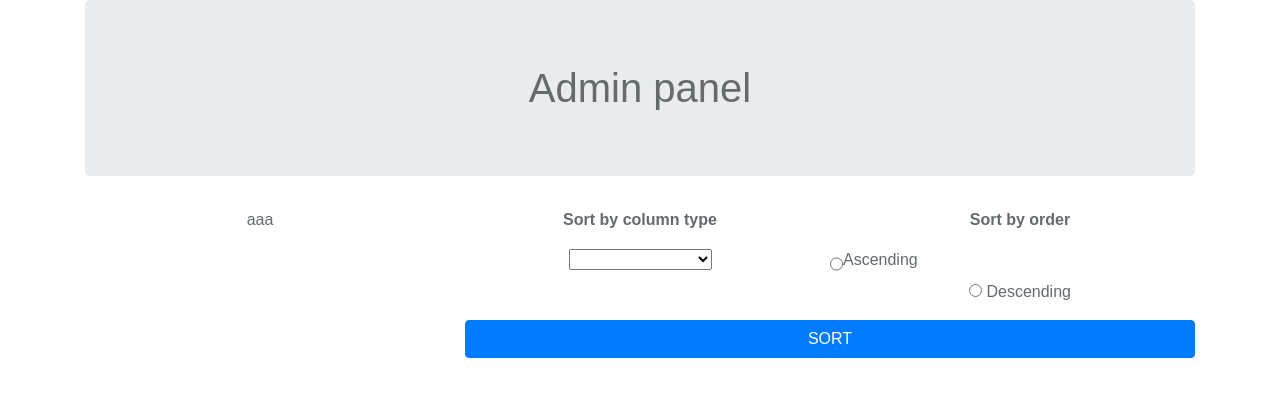
Repository: WOLVGVNG/gameclan
Page: resources/views/admin_panel.blade.php
An editor plug-in stored every save of this project. The page is shown before and after the next save, followed by the edit.
The browser window is 1280 px wide. The pictures show the whole page.
The page is served by the project's Laravel application, run on PHP 8.4 with Laravel 8. Other server files are loaded and not shown. The template is opened directly, without the code that normally fills it, so the values that code supplies are empty.

Above is the page before, as saved 2019-03-19 23:00:06.

### routes/web.php
<?php

/*
|--------------------------------------------------------------------------
| Web Routes
|--------------------------------------------------------------------------
|
| Here is where you can register web routes for your application. These
| routes are loaded by the RouteServiceProvider within a group which
| contains the "web" middleware group. Now create something great!
|
*/

Route::get('/', 'AdminPanelController@index');

### resources/views/admin_panel.blade.php
@extends('layout.app')
@section('content')
<div class='container text-center'>
    <h1 class='jumbotron'>Admin panel</h1>
    <form action='/' method='GET'>
        <div class='row'>
            <div class='col-md-4'>
                <p>aaa</p>
            </div>
            <div class='col-md-8'>
                <div class='row'>
                    <div class='col'>
                        <p class='font-weight-bold'>Sort by column type</p>
                        <select name='sort_type' value='{{ session('sort_type') }}'>
                            <option>{{ session('sort_type') }}</option>
                            <option>id</option>
                            <option>user_name</option>
                            <option>email</option>
                            <option>active</option>
                            <option>banned</option>
                            <option>notifiable_email</option>
                            <option>email_verified_at</option>
                            <option>points</option>
                            <option>steam_id</option>
                            <option>facebook_id</option>
                            <option>google_id</option>
                            <option>geo</option>
                            <option>lang</option>
                            <option>ref</option>
                            <option>ref_status</option>
                            <option>ref_code</option>
                            <option>deleted_at</option>
                            <option>created_at</option>
                            <option>updated_at</option>
                        </select>
                    </div>
                    <div class='col'>
                        <p class='font-weight-bold'>Sort by order</p>
                        <div class='row'>
                            <input type='radio' name='sort_order' value='asc' id='asc'
                                    @if(session('sort_order') == 'asc') echo checked @endif>
                            <label for='asc'>Ascending</label>
                        </div>

                        <input type='radio' name='sort_order' value='desc' id='desc'
                                @if(session('sort_order') == 'desc') echo checked @endif>
                        <label for='desc'>Descending</label>
                    </div>
                </div>
                <div class='row mt-2 mb-5'>
                    <div class='col-12'>
                        <button type='submit' class='btn btn-block btn-primary'>SORT</button>
                    </div>
                </div>
            </form>

            @foreach($users as $user)
                <div class='row mb-5'>
                    <div class='user-part-div col'>
                        <p class='font-weight-bold'>id</p>
                        <p>{{$user->id}}</p>
                    </div>
                    <div class='user-part-div col'>
                        <p class='font-weight-bold'>user_name</p>
                        <p>{{$user->user_name}}</p>
                    </div>
                    <div class='user-part-div col'>
                        <p class='font-weight-bold'>email</p>
                        <p>{{$user->email}}</p>
                    </div>
                    @if($user->active === 1)
                        <div class='user-part-div col d-flex align-items-center'>
                            <p class='font-weight-bold'>active</p>
                        </div>
                    @endif
                    @if($user->banned === 1)
                    <div class='user-part-div col d-flex align-items-center'>
                        <p class='font-weight-bold'>banned</p>
                    </div>
                    @endif
                    @if(isset($user->email_verified_at))
                        <div class='user-part-div col'>
                            <p class='font-weight-bold'>email_verified_at</p>
                            <p>{{$user->email_verified_at}}</p>
                        </div>
                    @endif
                    @if(isset($user->email_verified_at))
                        <div class='user-part-div col'>
                            <p class='font-weight-bold'>remember_token</p>
                            <p>{{$user->remember_token}}</p>
                        </div>
                    @endif
                    <div class='user-part-div col'>
                        <p class='font-weight-bold'>avatar</p>
                        <p>{{$user->avatar}}</p>
                    </div>
                    <div class='user-part-div col'>
                        <p class='font-weight-bold'>points</p>
                        <p>{{$user->points}}</p>
                    </div>
                    @if(isset($user->steam_id))
                        <div class='user-part-div col'>
                            <p class='font-weight-bold'>steam_id</p>
                            <p>{{$user->steam_id}}</p>
                        </div>
                    @endif
                    @if(isset($user->facebook_id))
                        <div class='user-part-div col'>
                            <p class='font-weight-bold'>facebook_id</p>
                            <p>{{$user->facebook_id}}</p>
                        </div>
                    @endif
                    @if(isset($user->google_id))
                        <div class='user-part-div col'>
                            <p class='font-weight-bold'>google_id</p>
                            <p>{{$user->google_id}}</p>
                        </div>
                    @endif
                    <div class='user-part-div col'>
                        <p class='font-weight-bold'>geo</p>
                        <p>{{$user->geo}}</p>
                    </div>
                    <div class='user-part-div col'>
                        <p class='font-weight-bold'>lang</p>
                        <p>{{$user->lang}}</p>
                    </div>
                    @if(isset($user->ref))
                        <div class='user-part-div col'>
                            <p class='font-weight-bold'>ref</p>
                            <p>{{$user->ref}}</p>
                        </div>
                    @endif
                    @if(isset($user->ref_status))
                        <div class='user-part-div col'>
                            <p class='font-weight-bold'>ref_status</p>
                            <p>{{$user->ref_status}}</p>
                        </div>
                    @endif
                    <div class='user-part-div col'>
                        <p class='font-weight-bold'>ref_code</p>
                        <p>{{$user->ref_code}}</p>
                    </div>
                    @if(isset($user->deleted_at))
                        <div class='user-part-div col'>
                            <p class='font-weight-bold'>deleted_at</p>
                            <p>{{$user->deleted_at}}</p>
                        </div>
                    @endif
                    <div class='user-part-div col'>
                        <p class='font-weight-bold'>created_at</p>
                        <p>{{$user->created_at}}</p>
                    </div>
                    @if(isset($user->updated_at))
                        <div class='user-part-div col'>
                            <p class='font-weight-bold'>updated_at</p>
                            <p>{{$user->updated_at}}</p>
                        </div>
                    @endif
                </div>
            @endforeach
        </div>
    </div>
</div>
@endsection

### resources/views/layout/app.blade.php
<!doctype html>
<html lang="{{ str_replace('_', '-', app()->getLocale()) }}">
    <head>
        <meta charset="utf-8">
        <meta name="viewport" content="width=device-width, initial-scale=1">

        <title>Laravel</title>

        <link rel="stylesheet" href="https://stackpath.bootstrapcdn.com/bootstrap/4.3.1/css/bootstrap.min.css" integrity="sha384-ggOyR0iXCbMQv3Xipma34MD+dH/1fQ784/j6cY/iJTQUOhcWr7x9JvoRxT2MZw1T" crossorigin="anonymous">

        <style>
            html, body {
                background-color: #fff;
                color: #636b6f;
                font-family: 'Nunito', sans-serif;
                font-weight: 200;
                height: 100vh;
                margin: 0;
            }

            .user-part-div {
                border: 3px solid gray;
            }
        </style>
    </head>
    <body>
        @yield('content')

    </body>
</html>

After the next save:
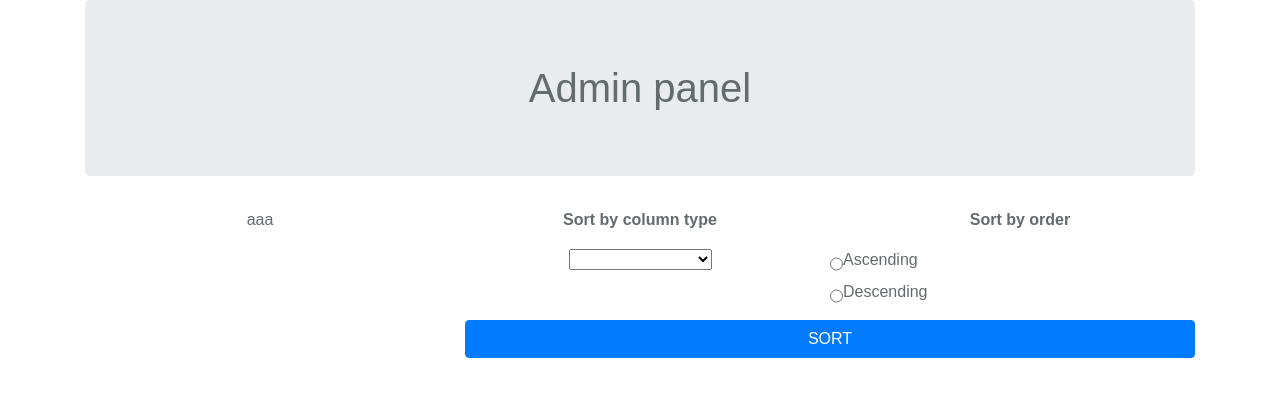
Saved 35 s later.
--- a/resources/views/admin_panel.blade.php
+++ b/resources/views/admin_panel.blade.php
@@ -41,10 +41,11 @@
                                     @if(session('sort_order') == 'asc') echo checked @endif>
                             <label for='asc'>Ascending</label>
                         </div>
-
-                        <input type='radio' name='sort_order' value='desc' id='desc'
-                                @if(session('sort_order') == 'desc') echo checked @endif>
-                        <label for='desc'>Descending</label>
+                        <div class='row'>
+                            <input type='radio' name='sort_order' value='desc' id='desc'
+                                    @if(session('sort_order') == 'desc') echo checked @endif>
+                            <label for='desc'>Descending</label>
+                        </div>
                     </div>
                 </div>
                 <div class='row mt-2 mb-5'>
